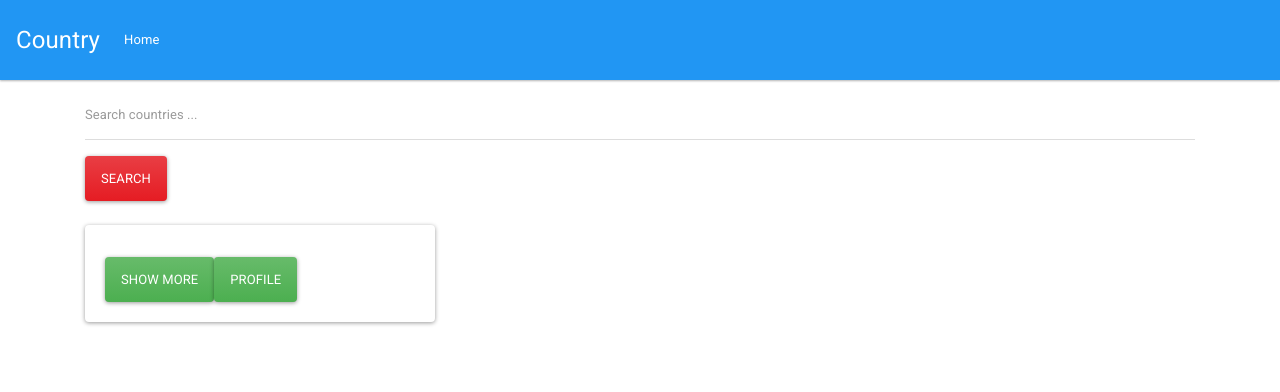
Repository: abdelhak-f/Countries_React
Page: / (app in client/)
The author's editor kept a copy of each file at every save. The page is drawn from the files as they stood at one save, then again after the next save.
The browser window is 1280 px wide. The pictures show the whole page.
The page's requests for data from a server got no answer. The project was rebuilt for these pictures with package versions that can differ from the ones it lists, and the page was loaded fresh each time. No one was signed in, and anything a server would have sent is missing.

Above is the page before, as saved 2021-05-06 11:53:50.

### client/src/App.js
import  React from 'react';
import './App.css';
import Countries from  './components/Countries';
import  Navbar from './components/partials/Navbar';

function App() {
  return (
    <div className="App">
      <Navbar />
      <div class="container">
             <Countries />
      </div>

    </div>
  );
}

export default App;

### client/src/components/Countries.jsx
import React, { Component } from 'react';
import  Country  from  './countrys/Country';
import SearchCountry from './countrys/SearchCountry';
import axios from 'axios';

class Countries extends Component {

    constructor(props) {
        super(props)

        this.state = {
             countries: [
                 {

                 }
             ]
        }
    }
    getCountry = () => {
        axios.get('https://restcountries.eu/rest/v2/all')
                       .then(response => {
                           this.setState({
                            countries: response.data
                           })
                       })
    }
    componentDidMount() {
        this.getCountry();
    }

  render() {
    return (
      <div>
          <div className="row   my-2">
              <div className="col-md-12">
       <SearchCountry  />
              </div>
          </div>
          <div className="row">
        {this.state.countries.map (country => (
            <div className="col-md-4 mt-3">
              <Country  country={country} />
               </div>
        ))}
        </div>
      </div>
    )
  }
}

export default Countries

### client/src/components/partials/Navbar.jsx
import React from 'react';

export default function Navbar() {
  return (
    <>
    <nav className="navbar navbar-expand-sm navbar-dark bg-primary">
        <a className="navbar-brand" href="#">Country</a>
        <button className="navbar-toggler d-lg-none" type="button" data-toggle="collapse" data-target="#collapsibleNavId" aria-controls="collapsibleNavId"
            aria-expanded="false" aria-label="Toggle navigation">
            <span className="navbar-toggler-icon"></span>
        </button>
        <div className="collapse navbar-collapse" id="collapsibleNavId">
            <ul className="navbar-nav mr-auto mt-2 mt-lg-0">
                <li className="nav-item active">
                    <a className="nav-link" href="#">Home <span className="sr-only">(current)</span></a>
                </li>
            </ul>

        </div>
    </nav>
    </>
  );
}

### client/src/components/countrys/Country.jsx
import React, { Component } from 'react'

class Country extends Component {
  render() {
    return (
      <>
         <div className="card">
                   <img className="card-img-top" src= {this.props.country.flag}  alt="" />
                   <div className="card-body">
                       <h4 className="card-title">{this.props.country.name}</h4>
                       <p className="card-text">
                           <a href= {this.props.country.code} className="btn btn-success ">show more</a>
                           <a href={this.props.country.regionalBlocs} className="btn btn-success ">profile</a>
                       </p>
                   </div>
                   </div>
      </>
    )
  }
}

export default Country

### client/src/components/countrys/SearchCountry.jsx
import React, { Component } from 'react'

class SearchCountry extends Component {
  render() {
    return (
      <>
        <form >
            <div className="form-group ">
                {/* <label htmlFor="search">Search</label> */}
                <input placeholder='Search countries ...' id="search" type="text" className="form-control"/>
                </div>
                <button className="btn btn-danger">Search</button>
        </form>
      </>
    )
  }
}

export default SearchCountry

Loaded but not shown: client/public/index.html (common file); client/src/index.js (common file); client/src/App.css (library)

After the next save:
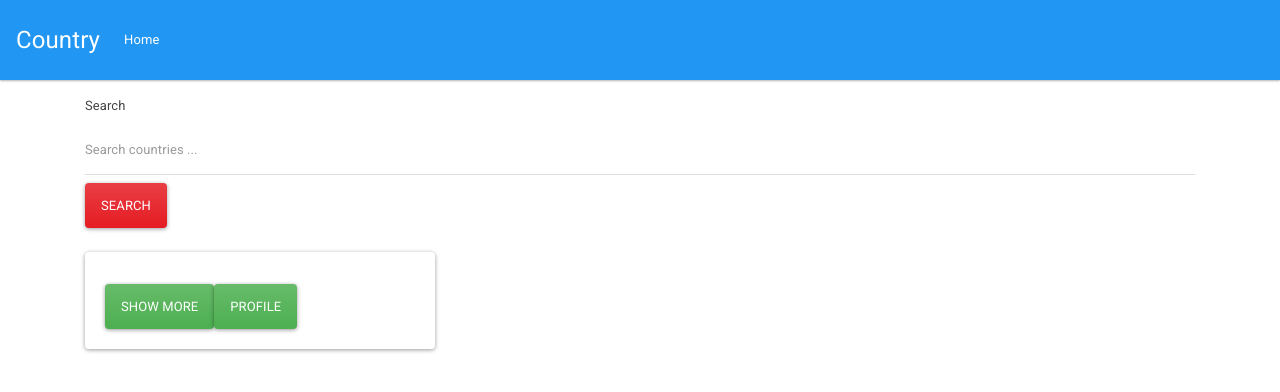
Saved 8 min 28 s later.
--- a/client/src/components/countrys/SearchCountry.jsx
+++ b/client/src/components/countrys/SearchCountry.jsx
@@ -5,8 +5,8 @@
     return (
       <>
         <form >
-            <div className="form-group ">
-                {/* <label htmlFor="search">Search</label> */}
+            <div className="form-group my-2">
+                <label htmlFor="search">Search</label>
                 <input placeholder='Search countries ...' id="search" type="text" className="form-control"/>
                 </div>
                 <button className="btn btn-danger">Search</button>

After the save that followed:
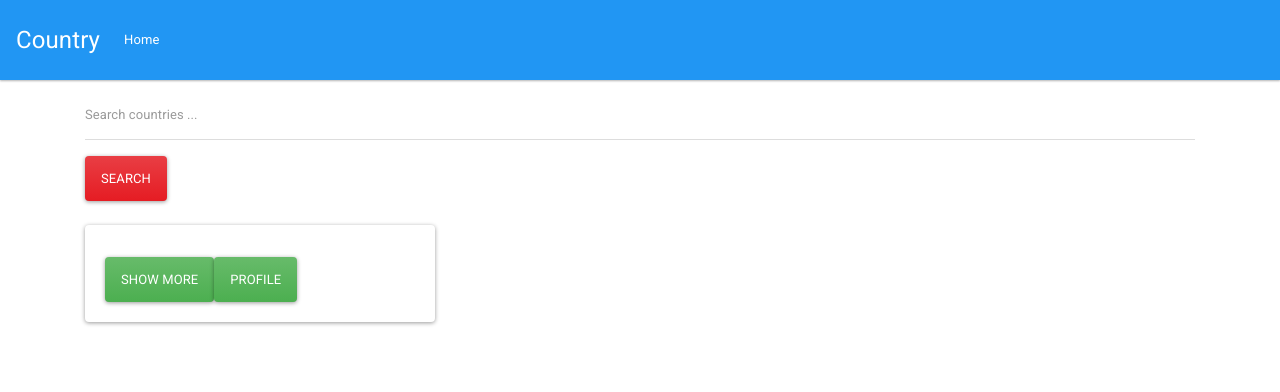
Saved 14 s later.
--- a/client/src/components/countrys/SearchCountry.jsx
+++ b/client/src/components/countrys/SearchCountry.jsx
@@ -5,8 +5,8 @@
     return (
       <>
         <form >
-            <div className="form-group my-2">
-                <label htmlFor="search">Search</label>
+            <div className="form-group ">
+                {/* <label htmlFor="search">Search</label> */}
                 <input placeholder='Search countries ...' id="search" type="text" className="form-control"/>
                 </div>
                 <button className="btn btn-danger">Search</button>
